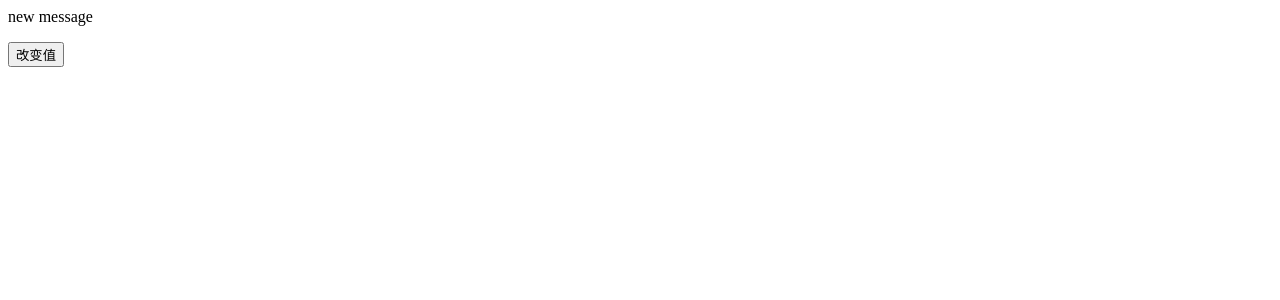
Repository: erdanergou/VueLearn
Page: vuelearn2/learn1.html
The author's editor kept a copy of each file at every save. The page is drawn from the files as they stood at one save, then again after the next save.
The browser window is 1280 px wide. The pictures show the whole page.

Above is the page before, as saved 2022-07-21 08:27:10.
Console error: TypeError: Cannot read properties of undefined (reading '__ob__')

After the next save:
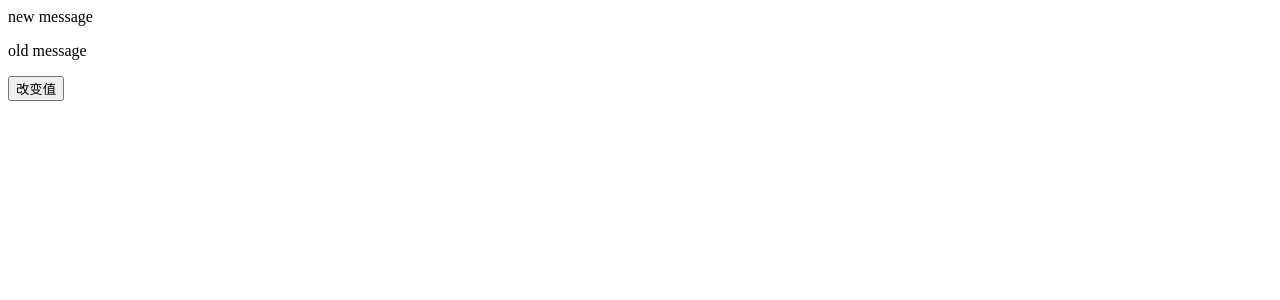
Saved 8 s later.
--- a/vuelearn2/learn1.html
+++ b/vuelearn2/learn1.html
@@ -112,7 +112,7 @@
         var app2 = new Vue({
             el:"#app2",
             data:{
-                message:""
+                message:"old message"
             }
         })
     </script>
